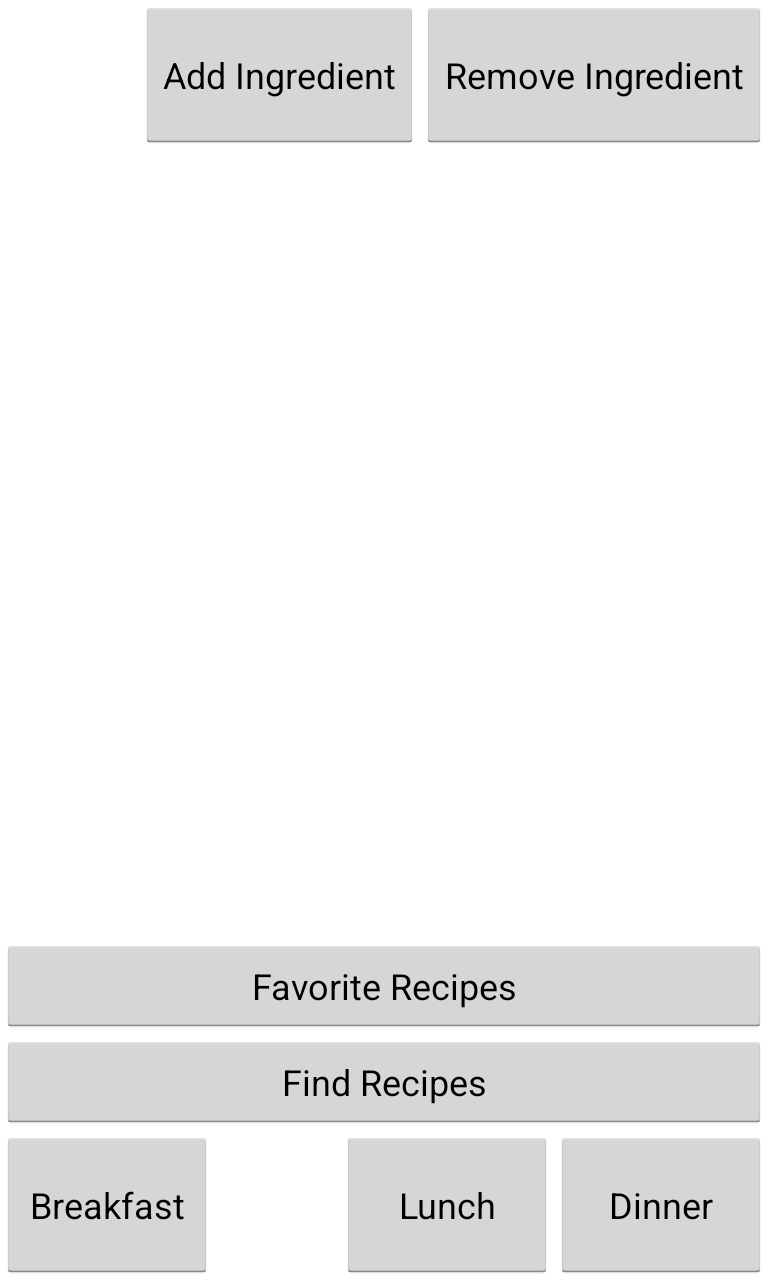
Repository: jmwood22/Boyardroid
Layout: Boyardroid/res/layout/activity_fridge.xml
An editor plug-in stored every save of this project. The layout is shown before and after the next save, followed by the edit.
It is drawn on a 768 x 1280 px phone screen (xhdpi) without system bars, with theme AppTheme; the app's code is not run. Lists and similar views that code fills are empty.

Above is the layout before, as saved 2013-02-20 11:25:33.

After the next save:
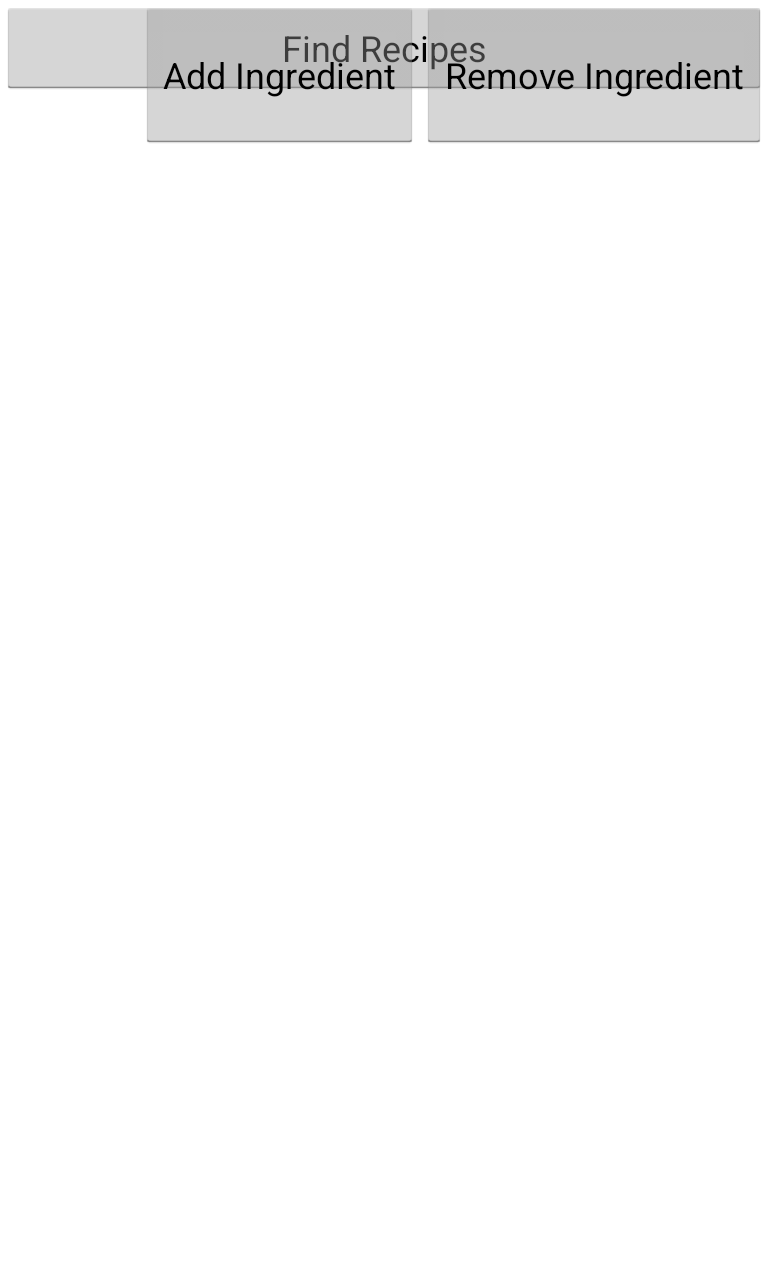
Saved 3 h 19 min later.
--- a/Boyardroid/res/layout/activity_fridge.xml
+++ b/Boyardroid/res/layout/activity_fridge.xml
@@ -6,32 +6,7 @@
     android:orientation="vertical"
     tools:context=".FridgeScreen" >
 
-    <Button
-        android:id="@+id/button5"
-        android:layout_width="107dp"
-        android:layout_height="75dp"
-        android:layout_alignParentBottom="true"
-        android:layout_gravity="bottom"
-        android:onClick="searchbreakfast"
-        android:text="@string/breakfast_button" />
 
-    <Button
-        android:id="@+id/button7"
-        android:layout_width="107dp"
-        android:layout_height="75dp"
-        android:layout_alignParentBottom="true"
-        android:layout_alignParentRight="true"
-        android:onClick="searchdinner"
-        android:text="@string/dinner_button" />
-
-    <Button
-        android:id="@+id/button6"
-        android:layout_width="107dp"
-        android:layout_height="75dp"
-        android:layout_alignParentBottom="true"
-        android:layout_toLeftOf="@+id/button7"
-        android:onClick="searchlunch"
-        android:text="@string/lunch_button" />
 
     <Button
         android:id="@+id/button4"
